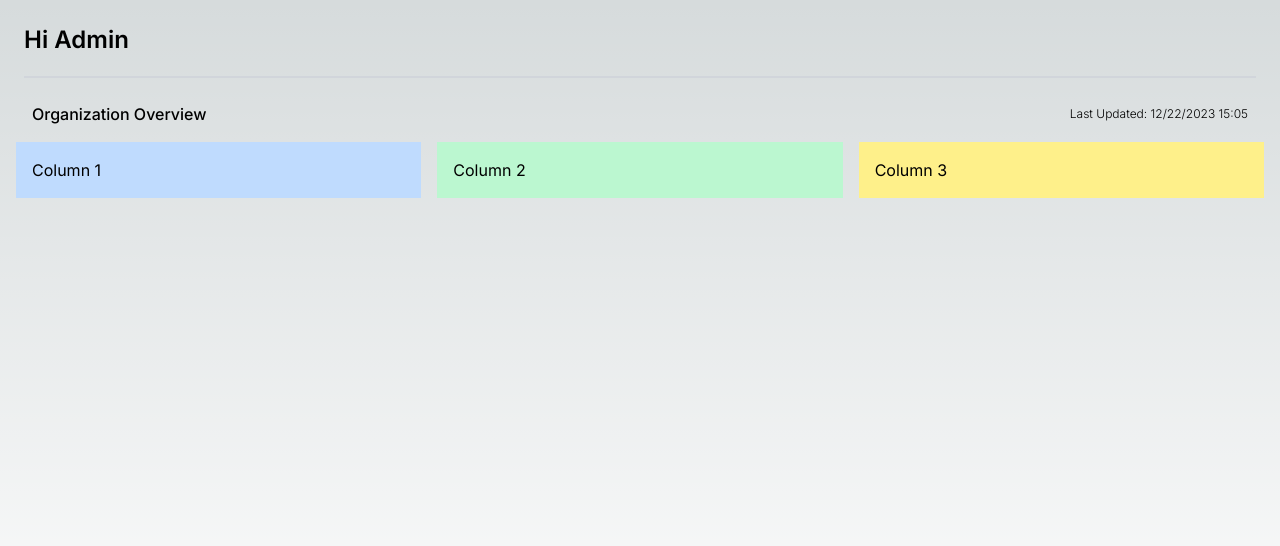
Repository: khairul35/merchant-dashboard
Page: /home
An editor plug-in stored every save of this project. The page is shown before and after the next save, followed by the edit.
The browser window is 1280 px wide. The pictures show the whole page.
The project was rebuilt for these pictures with package versions that can differ from the ones it lists, and the page was loaded fresh each time. The framework's server and built-in components were replaced by stand-ins that run in the browser. Also part of the build but not shown: next.config.js, app/components/layout/Header/index.module.css, app/components/layout/Header/index.component.tsx, app/components/layout/Navigation/index.module.css, app/components/layout/Navigation/index.component.tsx, app/components/layout/Navigation/menus.tsx.

Above is the page before, as saved 2024-01-03 15:55:25.

### app/layout.tsx
import type { Metadata } from 'next'
import { Inter } from 'next/font/google'
import Header from './components/layout/Header';
import Navigation from './components/layout/Navigation';
import { NotificationProvider } from './components/notification/NotificationContext.client';
import './globals.css';

const inter = Inter({ subsets: ['latin'] })

export const metadata: Metadata = {
  title: 'Merchant apps',
  description: 'Merchant web app',
}

export default function RootLayout({
  children,
}: {
  children: React.ReactNode
}) {
  return (
    <html lang="en">
      <body className={inter.className}>
        <NotificationProvider>
          <div className='flex flex-col h-screen overflow-hidden'>
            <Header />
            <div
              className="flex flex-1"
              style={{
                maxHeight: 'calc(100vh - 77px)',
              }}>
              <Navigation />
              <main className="flex-1 p-4">{children}</main>
            </div>
          </div>
        </NotificationProvider>
      </body>
    </html>
  )
}

### app/home/page.tsx
import Component from "./index.component";
import { HomeProps } from "./index.prop";

const Home = () => {
    const name = 'Admin'
    const props: HomeProps = {
        name,
    }
    return (<Component {...props} />)
};

export default Home;

### app/components/layout/Header/index.tsx
'use client';

import { useEffect } from "react";
import Component from './index.component'
import { HeaderProps } from "./index.props";

const Header = () => {

    const onLogOut = () => {
        window.localStorage.setItem('isLogin', 'false');
        window.location.href = '/login';
    };

    useEffect(() => {
        if (window.localStorage.getItem('isLogin') == 'true') {
        }
    }, []);

    const props: HeaderProps = {
        onLogOut
    }

    return window.localStorage.getItem('isLogin') == 'true' ?
        (
            <Component {...props} />
        )
        : (<></>)
};

export default Header;

### app/components/layout/Navigation/index.tsx
'use client'

import Component from "./index.component";
import { NavigationProps } from "./index.props";
import { useState, useEffect } from 'react';
import { menus } from "./menus";

const Navigation = () => {

    const [currentPath, setCurrentPath] = useState<string>('');

    useEffect(() => {
        setCurrentPath(window.location.pathname);
    }, []);

    const props: NavigationProps = {
        menus,
        path: currentPath,
        setCurrentPath,
    }

    return window.localStorage.getItem('isLogin') == 'true' ?
        (
            <Component {...props} />
        )
        : (<></>)
};

export default Navigation;

### app/components/notification/NotificationContext.client.tsx
'use client';
import React, { createContext, useContext, useState } from 'react';

type NotificationType = 'success' | 'error' | 'loading';

type Notification = {
  message: string;
  type: NotificationType;
};

type NotificationContextType = {
  notification: Notification | null;
  showNotification: (message: string, type: NotificationType) => void;
  closeNotification: () => void;
};

const NotificationContext = createContext<NotificationContextType | null>(null);

interface NotificationProviderProps {
  children: React.ReactNode;
}

export const useNotification = () => {
  const context = useContext(NotificationContext);
  if (!context) {
    throw new Error('useNotification must be used within a NotificationProvider');
  }
  return context;
};

export const NotificationProvider: React.FC<NotificationProviderProps> = ({ children }) => {
  const [notification, setNotification] = useState<Notification | null>(null);

  const closeNotification = () => {
    setNotification(null);
  };

  const showNotification = (message: string, type: NotificationType) => {
    setNotification({ message, type });
    setTimeout(() => {
      closeNotification();
    }, 5000);
  };

  const value: NotificationContextType = {
    notification,
    showNotification,
    closeNotification,
  };

  return (
    <NotificationContext.Provider value={value}>
      {children}
    </NotificationContext.Provider>
  );
};

### app/globals.css
@tailwind base;
@tailwind components;
@tailwind utilities;

:root {
  --foreground-rgb: 0, 0, 0;
  --background-start-rgb: 214, 219, 220;
  --background-end-rgb: 255, 255, 255;
}

body {
  color: rgb(var(--foreground-rgb));
  background: linear-gradient(
      to bottom,
      transparent,
      rgb(var(--background-end-rgb))
    )
    rgb(var(--background-start-rgb));
    margin: 0;
    padding: 0;
}

### app/home/index.component.tsx
import { HomeProps } from "./index.prop";

const Component = (props: HomeProps) => {
    const { name } = props;

    return (
        <div>
            <div className="p-2">
                <h2 className="font-semibold text-2xl pb-5 border-b-2 border-y-gray-300">Hi { name }</h2>
            </div>
            <div className="grid grid-cols-1 sm:grid-cols-2 gap-4">
                <div className="p-4 font-medium">Organization Overview</div>
                <div className="p-4 font-light text-xs flex justify-end items-center ">Last Updated: 12/22/2023 15:05</div>
            </div>
            <div className="grid grid-cols-1 sm:grid-cols-2 md:grid-cols-3 gap-4">
                <div className="bg-blue-200 p-4">Column 1</div>
                <div className="bg-green-200 p-4">Column 2</div>
                <div className="bg-yellow-200 p-4">Column 3</div>
            </div>

        </div>
    )
};

export default Component;

### tailwind.config.ts
import type { Config } from 'tailwindcss'

const config: Config = {
  content: [
    './pages/**/*.{js,ts,jsx,tsx,mdx}',
    './components/**/*.{js,ts,jsx,tsx,mdx}',
    './app/**/*.{js,ts,jsx,tsx,mdx}',
  ],
  theme: {
    extend: {
      backgroundImage: {
        'gradient-radial': 'radial-gradient(var(--tw-gradient-stops))',
        'gradient-conic':
          'conic-gradient(from 180deg at 50% 50%, var(--tw-gradient-stops))',
      },
      backgroundColor: {
        'bg-color': '#EAEAEA', // Define a custom background color class
      },
      button: {
        'primary': '#7A7A7A',
      },
      fontWeight: {
        'label': '600',
      },
    },
  },
  plugins: [require("daisyui")],
  daisyui: {
    themes: [
      {
        mytheme: {
          "primary": "##7A7A7A",
          "secondary": "#d926a9",
          "accent": "#1fb2a6",
          "neutral": "#2a323c",
          "base-100": "#1d232a",
          "info": "#3abff8",
          "success": "#36d399",
          "warning": "#fbbd23",
          "error": "#f87272",
        },
      },
    ],
  },
}
export default config

### app/components/card/index.tsx
import React, { ReactNode } from 'react';

interface CardProps {
  children: ReactNode;
}

const Card: React.FC<CardProps> = ({ children }) => {
  return (
    <div className="rounded-lg bg-white shadow-md p-6 border border-gray-200">
      {children}
    </div>
  );
};

export default Card;

After the next save:
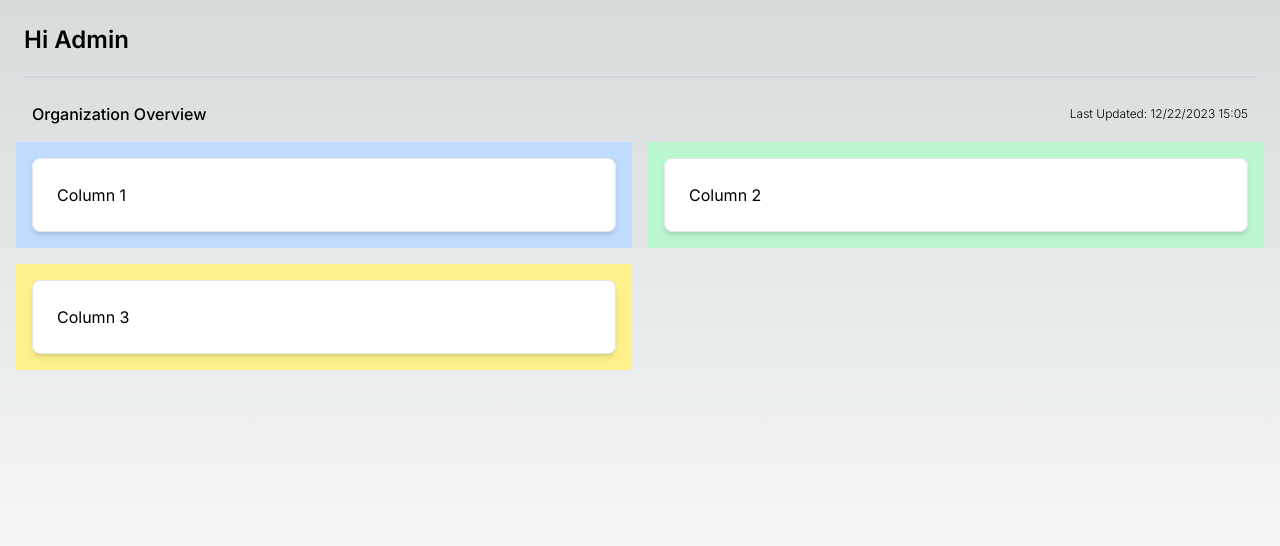
Saved 104 s later.
--- a/app/home/index.component.tsx
+++ b/app/home/index.component.tsx
@@ -1,3 +1,4 @@
+import Card from "../components/card";
 import { HomeProps } from "./index.prop";
 
 const Component = (props: HomeProps) => {
@@ -12,10 +13,22 @@
                 <div className="p-4 font-medium">Organization Overview</div>
                 <div className="p-4 font-light text-xs flex justify-end items-center ">Last Updated: 12/22/2023 15:05</div>
             </div>
-            <div className="grid grid-cols-1 sm:grid-cols-2 md:grid-cols-3 gap-4">
-                <div className="bg-blue-200 p-4">Column 1</div>
-                <div className="bg-green-200 p-4">Column 2</div>
-                <div className="bg-yellow-200 p-4">Column 3</div>
+            <div className="grid grid-cols-1 sm:grid-cols-2 md:grid-cols-2 gap-4">
+                <div className="bg-blue-200 p-4">
+                    <Card>
+                        Column 1
+                    </Card>
+                </div>
+                <div className="bg-green-200 p-4">
+                    <Card>
+                        Column 2
+                    </Card>
+                </div>
+                <div className="bg-yellow-200 p-4">
+                    <Card>
+                        Column 3
+                    </Card>
+                </div>
             </div>
 
         </div>
